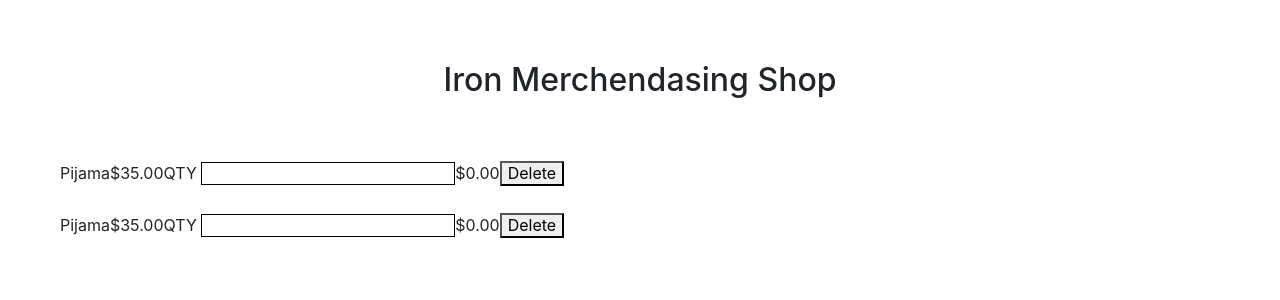
Repository: konstantin0s/lab-cart-DOM
Page: index.html
These files come from the project's save history. The page is drawn as it stood at one moment and after the next save; the edit follows.
The browser window is 1280 px wide. The pictures show the whole page.
Some web libraries are served in a nearby version.

Above is the page before, as saved 2019-02-03 09:11:15.
Console error: TypeError: Cannot read properties of null (reading 'addEventListener')

After the next save:
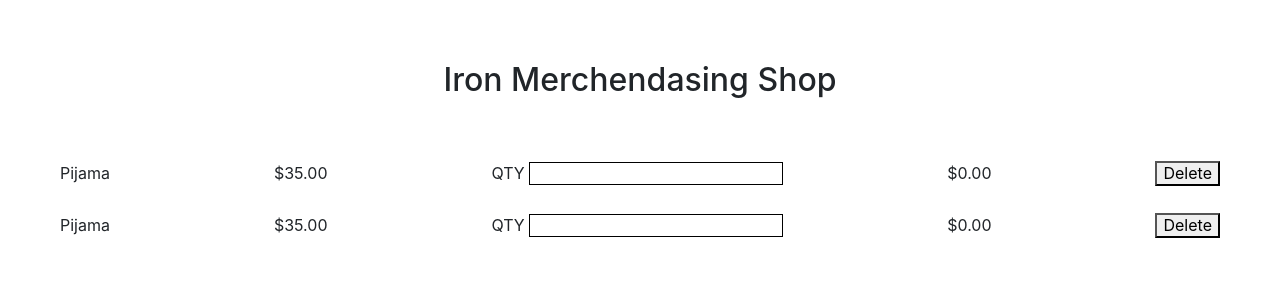
Saved 18 s later.
--- a/css/style.css
+++ b/css/style.css
@@ -16,7 +16,6 @@ body{
 
 .container .product {
  display: flex;
- justify-content: space-between;
 }
 
 input {
@@ -55,6 +54,7 @@ input {
   margin: 10px;
   display: flex;
   flex-direction: row;
+  justify-content: space-between;
   margin: 20px 60px 10px 60px;
 }
 
